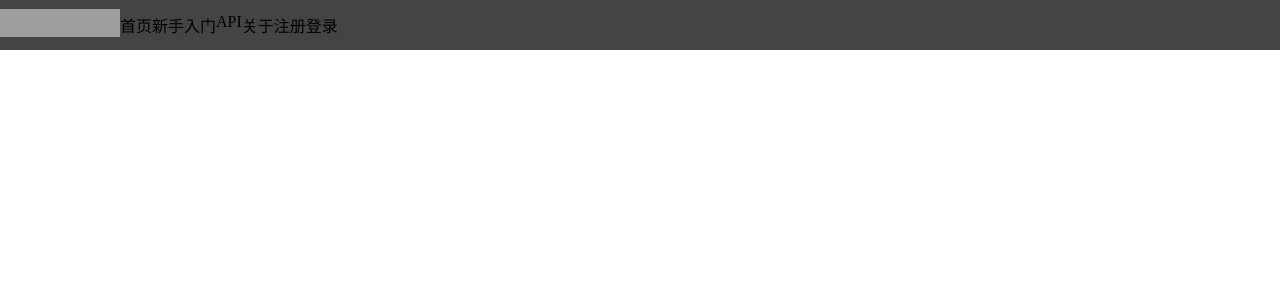
Repository: wujingwenwu/cnode
Page: /
These files come from the project's save history. The page is drawn as it stood at one moment and after the next save; the edit follows.
The browser window is 1280 px wide. The pictures show the whole page.
Pictures or frames that could not be fetched are drawn as grey boxes. The project was rebuilt for these pictures with package versions that can differ from the ones it lists, and the page was loaded fresh each time.

Above is the page before, as saved 2020-06-05 13:02:13.

After the next save:
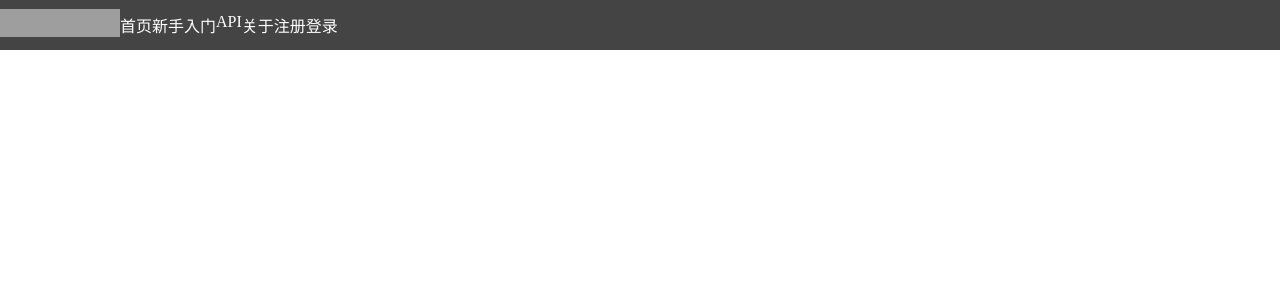
Saved 44 s later.
--- a/src/components/home/Nav.vue
+++ b/src/components/home/Nav.vue
@@ -5,12 +5,12 @@
        <img src="./YLAN27~L}0AN1NHKPUD2{)W.png" alt="" width="120px" height="28px">
     </div>
     <div class="d-f">
-    <div>首页</div>
-    <div>新手入门</div>
-    <div>API</div>
-    <div>关于</div>
-    <div>注册</div>
-    <div>登录</div>
+    <div class=" f-c-b">首页</div>
+    <div class=" f-c-b">新手入门</div>
+    <div class=" f-c-b">API</div>
+    <div class=" f-c-b">关于</div>
+    <div class=" f-c-b">注册</div>
+    <div class=" f-c-b">登录</div>
     </div>
     </div>
  </div>
